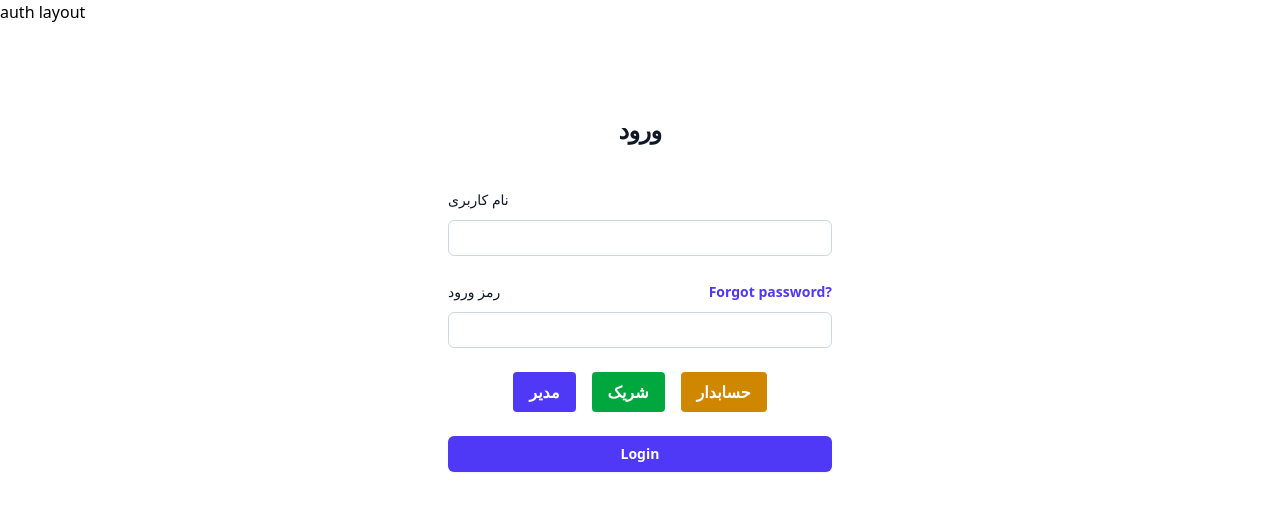
Repository: fuad303/karokhy-frontend
Page: /login
An editor plug-in stored every save of this project. The page is shown before and after the next save, followed by the edit.
The browser window is 1280 px wide. The pictures show the whole page.
The project was rebuilt for these pictures with package versions that can differ from the ones it lists, and the page was loaded fresh each time. Also part of the build but not shown: vite.config.ts, src/layouts/MainLayout.tsx, src/pages/Home.tsx.

Above is the page before, as saved 2025-12-08 12:42:41.

### index.html
<!doctype html>
<html lang="en">
  <head>
    <meta charset="UTF-8" />
    <link rel="icon" type="image/svg+xml" href="/vite.svg" />
    <meta name="viewport" content="width=device-width, initial-scale=1.0" />
    <title>karokhyfront</title>
  </head>
  <body>
    <div id="root"></div>
    <script type="module" src="/src/main.tsx"></script>
  </body>
</html>

### src/main.tsx
import { StrictMode } from "react";
import { createRoot } from "react-dom/client";
import "./index.css";
import { RouterProvider } from "react-router-dom";
import { router } from "./router/router";
import { AppProvider } from "./context/Context";

createRoot(document.getElementById("root")!).render(
  <StrictMode>
    <AppProvider>
      <RouterProvider router={router} />
    </AppProvider>
  </StrictMode>
);

### src/router/router.tsx
import { createBrowserRouter } from "react-router-dom";
import MainLayout from "../layouts/MainLayout";
import Home from "../pages/Home";
import Login from "../pages/Login";
import AuthLayout from "../layouts/AuthLayout";
import { Loader } from "../loader/loader";

export const router = createBrowserRouter([
  {
    element: <MainLayout />,
    children: [
      { path: "/", element: <Home />, loader: Loader.dashboardLoader },
    ],
  },
  {
    element: <AuthLayout />,
    children: [{ path: "/login", element: <Login /> }],
  },
]);

### src/context/Context.tsx
/* eslint-disable react-refresh/only-export-components */

import { createContext, useContext, useState } from "react";

interface AppContextInterface {
  backendErrorPopup: boolean;
  setBackendErrorPopup: React.Dispatch<React.SetStateAction<boolean>>;
}

const AppContext = createContext<AppContextInterface | null>(null);

export const AppProvider = ({ children }: { children: React.ReactNode }) => {
  const [backendErrorPopup, setBackendErrorPopup] = useState(false);

  return (
    <AppContext.Provider value={{ backendErrorPopup, setBackendErrorPopup }}>
      {children}
    </AppContext.Provider>
  );
};

export const useApp = () => {
  const ctx = useContext(AppContext);
  if (!ctx) throw new Error("useApp must be used inside AppProvider");
  return ctx;
};

### src/pages/Login.tsx
import LoginPage from "../components/LoginPage";

const Login = () => {
  return (
    <>
      <LoginPage />
    </>
  );
};

export default Login;

### src/layouts/AuthLayout.tsx
import { Outlet } from "react-router-dom";

const AuthLayout = () => {
  return (
    <div>
      auth layout
      <main>
        <Outlet />
      </main>
    </div>
  );
};

export default AuthLayout;

### src/loader/loader.ts
export class Loader {
  static async dashboardLoader() {
    return {
      status: 200,
      message: "Hello from loader",
    };
  }
}

### src/components/LoginPage.tsx
import React from "react";

function LoginPage() {
  return (
    <div>
      <div className="flex min-h-full flex-col justify-center px-6 py-12 lg:px-8">
        <div className="sm:mx-auto sm:w-full sm:max-w-sm">
          <h2 className="mt-10 text-center text-2xl/9 font-bold tracking-tight text-gray-900 white:text-black">
            ورود
          </h2>
        </div>

        <div className="mt-10 sm:mx-auto sm:w-full sm:max-w-sm">
          <form action="#" method="POST" className="space-y-6">
            <div>
              <label
                for="username"
                class="block text-sm/6 font-medium text-gray-900"
              >
                نام کاربری
              </label>
              <div className="mt-2">
                <input
                  id="email"
                  type="email"
                  name="email"
                  required
                  autocomplete="email"
                  class="block w-full rounded-md bg-white px-3 py-1.5 text-base text-gray-900 outline-1 -outline-offset-1 outline-gray-300 placeholder:text-gray-400 focus:outline-2 focus:-outline-offset-2 focus:outline-indigo-600 sm:text-sm/6 dark:bg-white/5 dark:text-white dark:outline-white/10 dark:placeholder:text-gray-500 dark:focus:outline-indigo-500"
                />
              </div>
            </div>

            <div>
              <div className="flex items-center justify-between">
                <label
                  for="password"
                  class="block text-sm/6 font-medium text-gray-900 "
                >
                  رمز ورود
                </label>
                <div className="text-sm">
                  <a
                    href="#"
                    className="font-semibold text-indigo-600 hover:text-indigo-500 dark:text-indigo-400 dark:hover:text-indigo-300"
                  >
                    Forgot password?
                  </a>
                </div>
              </div>
              <div className="mt-2">
                <input
                  id="password"
                  type="password"
                  name="password"
                  required
                  autocomplete="current-password"
                  class="block w-full rounded-md bg-white px-3 py-1.5 text-base text-gray-900 outline-1 -outline-offset-1 outline-gray-300 placeholder:text-gray-400 focus:outline-2 focus:-outline-offset-2 focus:outline-indigo-600 sm:text-sm/6 dark:bg-white/5 dark:text-white dark:outline-white/10 dark:placeholder:text-gray-500 dark:focus:outline-indigo-500"
                />
              </div>
            </div>
            <div className="flex gap-4 mt-4 justify-center">
              <button
                type="button"
                className="px-4 py-2 bg-indigo-600 text-white font-semibold rounded hover:bg-indigo-500 focus:outline-none focus:ring-2 focus:ring-indigo-400"
              >
                مدیر
              </button>

              <button
                type="button"
                className="px-4 py-2 bg-green-600 text-white font-semibold rounded hover:bg-green-500 focus:outline-none focus:ring-2 focus:ring-green-400"
              >
                شریک
              </button>

              <button
                type="button"
                className="px-4 py-2 bg-yellow-600 text-white font-semibold rounded hover:bg-yellow-500 focus:outline-none focus:ring-2 focus:ring-yellow-400"
              >
                حسابدار
              </button>
            </div>

            <div>
              <button
                type="submit"
                className="flex w-full justify-center rounded-md bg-indigo-600 px-3 py-1.5 text-sm/6 font-semibold text-white shadow-xs hover:bg-indigo-500 focus-visible:outline-2 focus-visible:outline-offset-2 focus-visible:outline-indigo-600 dark:bg-indigo-500 dark:shadow-none dark:hover:bg-indigo-400 dark:focus-visible:outline-indigo-500"
              >
                Login
              </button>
            </div>
          </form>
        </div>
      </div>
    </div>
  );
}

export default LoginPage;

Loaded but not shown: src/index.css (common file)

After the next save:
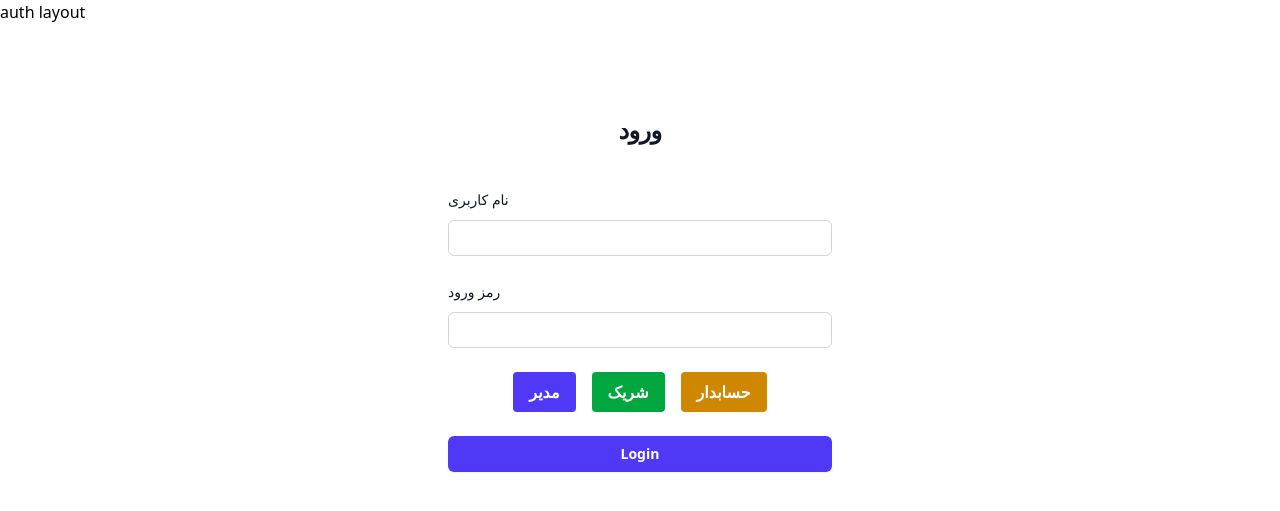
Saved 43 s later.
--- a/src/components/LoginPage.tsx
+++ b/src/components/LoginPage.tsx
@@ -39,14 +39,6 @@ function LoginPage() {
                 >
                   رمز ورود
                 </label>
-                <div className="text-sm">
-                  <a
-                    href="#"
-                    className="font-semibold text-indigo-600 hover:text-indigo-500 dark:text-indigo-400 dark:hover:text-indigo-300"
-                  >
-                    Forgot password?
-                  </a>
-                </div>
               </div>
               <div className="mt-2">
                 <input
